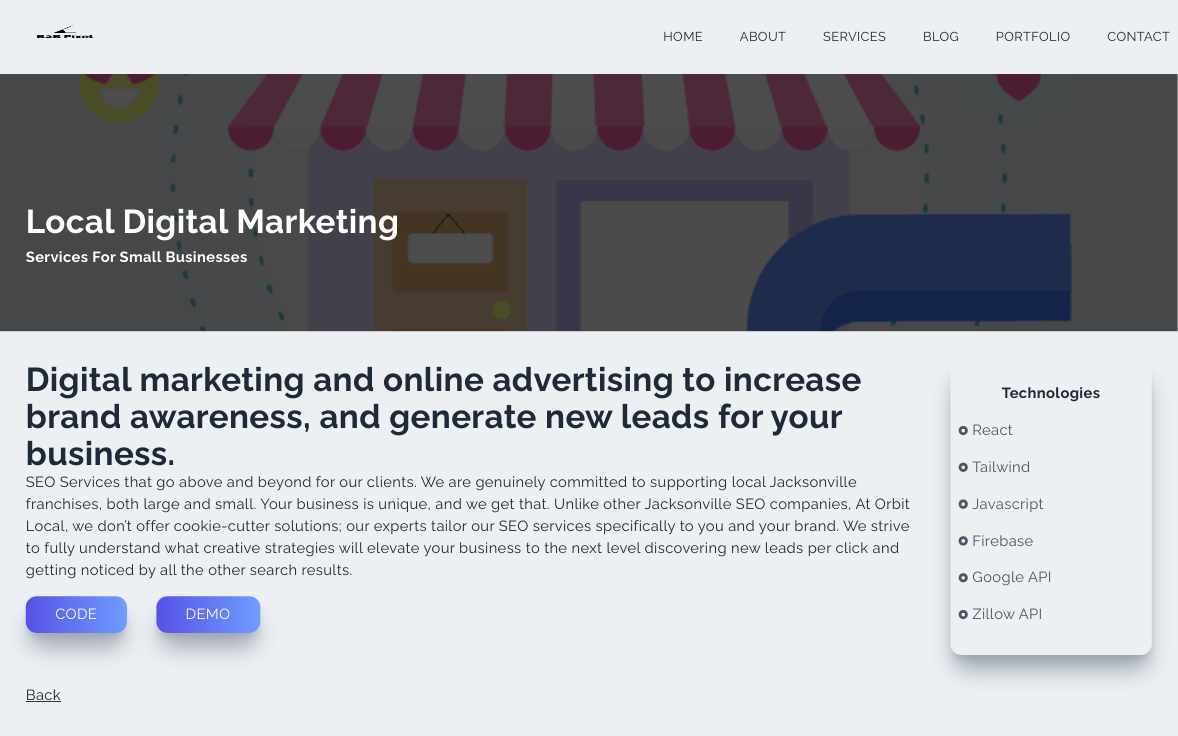
Repository: DID0101/nextjs.b2b
Page: /property
The author's editor kept a copy of each file at every save. The page is drawn from the files as they stood at one save, then again after the next save.
The browser window is 1280 px wide. The pictures show the whole page, at 92% of full size.
The project was rebuilt for these pictures with package versions that can differ from the ones it lists, and the page was loaded fresh each time. The framework's server and built-in components were replaced by stand-ins that run in the browser. Also part of the build but not shown: next.config.js.

Above is the page before, as saved 2024-01-22 00:42:40.

### pages/property.jsx
import Image from 'next/image';
import React from 'react';
import propertyImg from '../public/assets/projects/property.jpg';
import { RiRadioButtonFill } from 'react-icons/ri';
import Link from 'next/link';

const property = () => {
  return (
    <div className='w-full'>
      <div className='w-screen h-[50vh] relative'>
        <div className='absolute top-0 left-0 w-full h-[50vh] bg-black/70 z-10' />
        <Image
          className='absolute z-1'
          layout='fill'
          objectFit='cover'
          src={propertyImg}
          alt='/'
        />
        <div className='absolute top-[70%] max-w-[1240px] w-full left-[50%] right-[50%] translate-x-[-50%] translate-y-[-50%] text-white z-10 p-2'>
          <h2 className='py-2'>Local Digital Marketing</h2>
          <h3>Services For Small Businesses</h3>
        </div>
      </div>

      <div className='max-w-[1240px] mx-auto p-2 grid md:grid-cols-5 gap-8 py-8'>
        <div className='col-span-4'>
          {/* <p>Project</p> */}
          <h2>Digital marketing and online advertising to increase brand awareness, and generate new leads for your  business.</h2>
          <p>
          SEO Services that go above and beyond for our clients. We are genuinely committed to supporting local Jacksonville franchises, both large and small. Your business is unique, and we get that. Unlike other Jacksonville SEO companies, At Orbit Local, we don’t offer cookie-cutter solutions; our experts tailor our SEO services specifically to you and your brand. We strive to fully understand what creative strategies will elevate your business to the next level discovering new leads per click and getting noticed by all the other search results.
          </p>
          <a
            href='https://github.com/fireclint/property-finder'
            target='_blank'
            rel='noreferrer'
          >
            <button className='px-8 py-2 mt-4 mr-8'>Code</button>
          </a>
          <a
            href='https://property-finder-development.web.app/'
            target='_blank'
            rel='noreferrer'
          >
            <button className='px-8 py-2 mt-4'>Demo</button>
          </a>
        </div>
        <div className='col-span-4 md:col-span-1 shadow-xl shadow-gray-400 rounded-xl py-4'>
          <div className='p-2'>
            <p className='text-center font-bold pb-2'>Technologies</p>
            <div className='grid grid-cols-3 md:grid-cols-1'>
              <p className='text-gray-600 py-2 flex items-center'>
                <RiRadioButtonFill className='pr-1' /> React
              </p>
              <p className='text-gray-600 py-2 flex items-center'>
                <RiRadioButtonFill className='pr-1' /> Tailwind
              </p>
              <p className='text-gray-600 py-2 flex items-center'>
                <RiRadioButtonFill className='pr-1' /> Javascript
              </p>
              <p className='text-gray-600 py-2 flex items-center'>
                <RiRadioButtonFill className='pr-1' /> Firebase
              </p>
              <p className='text-gray-600 py-2 flex items-center'>
                <RiRadioButtonFill className='pr-1' /> Google API
              </p>
              <p className='text-gray-600 py-2 flex items-center'>
                <RiRadioButtonFill className='pr-1' /> Zillow API
              </p>
            </div>
          </div>
        </div>
        <Link href='/#projects'>
          <p className='underline cursor-pointer'>Back</p>
        </Link>
      </div>
    </div>
  );
};

export default property;

### components/Navbar.jsx
import Image from 'next/image';
import Link from 'next/link';
import React, { useState, useEffect } from 'react';
import { AiOutlineClose, AiOutlineMail, AiOutlineMenu } from 'react-icons/ai';
import { FaGithub, FaLinkedinIn } from 'react-icons/fa';
import { BsFillPersonLinesFill } from 'react-icons/bs';
// import { useRouter } from 'next/router';
import NavLogo from '../public/assets/navLogo.png'

const Navbar = () => {
  const [nav, setNav] = useState(false);
  const [shadow, setShadow] = useState(false);
  const [navBg, setNavBg] = useState('#ecf0f3');
  const [linkColor, setLinkColor] = useState('#1f2937');
  // const [position, setPosition] = useState('fixed')
  // const router = useRouter();

  // useEffect(() => {
  //   if (
  //     router.asPath === '/property' ||
  //     router.asPath === '/crypto' ||
  //     router.asPath === '/netflix' ||
  //     router.asPath === '/twitch'
  //   ) {
  //     setNavBg('transparent');
  //     setLinkColor('#ecf0f3');
  //   } else {
  //     setNavBg('#ecf0f3');
  //     setLinkColor('#1f2937');
  //   }
  // }, [router]);

  const handleNav = () => {
    setNav(!nav);
  };

  useEffect(() => {
    const handleShadow = () => {
      if (window.scrollY >= 90) {
        setShadow(true);
      } else {
        setShadow(false);
      }
    };
    window.addEventListener('scroll', handleShadow);
  }, []);

  return (
    <div
      style={{ backgroundColor: `${navBg}` }}
      className={
        shadow
          ? 'fixed w-full h-20 shadow-xl z-[100] ease-in-out duration-300'
          : 'fixed w-full h-20 z-[100]'
      }
    >
      <div className='flex justify-between items-center w-full h-full px-2 2xl:px-16'>
        <Link href='/'>
          <a>
            <Image
              src={NavLogo}
              alt='/'
              width='125'
              height='50'
              className='cursor-pointer'
            />
          </a>
        </Link>
        <div>
          <ul style={{ color: `${linkColor}` }} className='hidden md:flex'>
            <li className='ml-10 text-sm uppercase hover:border-b'>
              <Link href='/'>Home</Link>
            </li>
            <li className='ml-10 text-sm uppercase hover:border-b'>
              <Link href='/#about'>About</Link>
            </li>
            <li className='ml-10 text-sm uppercase hover:border-b'>
              <Link href='/#skills'>Services</Link>
            </li>
            <li className='ml-10 text-sm uppercase hover:border-b'>
              <Link href='/#projects'>Blog</Link>
            </li>
            <li className='ml-10 text-sm uppercase hover:border-b'>
              <Link href='/resume'>Portfolio</Link>
            </li>
            <li className='ml-10 text-sm uppercase hover:border-b'>
              <Link href='/#contact'>Contact</Link>
            </li>
          </ul>
          {/* Hamburger Icon */}
          <div
            style={{ color: `${linkColor}` }}
            onClick={handleNav}
            className='md:hidden'
          >
            <AiOutlineMenu size={25} />
          </div>
        </div>
      </div>

      {/* Mobile Menu */}
      {/* Overlay */}
      <div
        className={
          nav ? 'md:hidden fixed left-0 top-0 w-full h-screen bg-black/70' : ''
        }
      >
        {/* Side Drawer Menu */}
        <div
          className={
            nav
              ? ' fixed left-0 top-0 w-[75%] sm:w-[60%] md:w-[45%] h-screen bg-[#ecf0f3] p-10 ease-in duration-500'
              : 'fixed left-[-100%] top-0 p-10 ease-in duration-500'
          }
        >
          <div>
            <div className='flex w-full items-center justify-between'>
              <Link href='/'>
                <a>
                  <Image
                    src={NavLogo}
                    width='87'
                    height='35'
                    alt='/'
                  />
                </a>
              </Link>
              <div
                onClick={handleNav}
                className='rounded-full shadow-lg shadow-gray-400 p-3 cursor-pointer'
              >
                <AiOutlineClose />
              </div>
            </div>
            <div className='border-b border-gray-300 my-4'>
              <p className='w-[85%] md:w-[90%] py-4'>
                Let&#39;s build something legendary together
              </p>
            </div>
          </div>
          <div className='py-4 flex flex-col'>
            <ul className='uppercase'>
              <Link href='/'>
                <li onClick={() => setNav(false)} className='py-4 text-sm'>
                  Home
                </li>
              </Link>
              <Link href='/#about'>
                <li onClick={() => setNav(false)} className='py-4 text-sm'>
                  About
                </li>
              </Link>
              <Link href='/#skills'>
                <li onClick={() => setNav(false)} className='py-4 text-sm'>
                  Skills
                </li>
              </Link>
              <Link href='/#projects'>
                <li onClick={() => setNav(false)} className='py-4 text-sm'>
                  Projects
                </li>
              </Link>
              <Link href='/resume'>
                <li onClick={() => setNav(false)} className='py-4 text-sm'>
                  Resume
                </li>
              </Link>
              <Link href='/#contact'>
                <li onClick={() => setNav(false)} className='py-4 text-sm text-[#ac4d5a]'>
                  Save My Spot
                </li>
              </Link>
            </ul>
            <div className='pt-40'>
              <p className='uppercase tracking-widest text-[#5651e5]'>
                Let&#39;s Connect
              </p>
              <div className='flex items-center justify-between my-4 w-full sm:w-[80%]'>
                <a
                  href='https://www.linkedin.com/in/clint-briley-50056920a/'
                  target='_blank'
                  rel='noreferrer'
                >
                  <div className='rounded-full shadow-lg shadow-gray-400 p-3 cursor-pointer hover:scale-105 ease-in duration-300'>
                    <FaLinkedinIn />
                  </div>
                </a>
                <a
                  href='https://github.com/fireclint'
                  target='_blank'
                  rel='noreferrer'
                >
                  <div className='rounded-full shadow-lg shadow-gray-400 p-3 cursor-pointer hover:scale-105 ease-in duration-300'>
                    <FaGithub />
                  </div>
                </a>
                <Link href='/#contact'>
                  <div
                    onClick={() => setNav(!nav)}
                    className='rounded-full shadow-lg shadow-gray-400 p-3 cursor-pointer hover:scale-105 ease-in duration-300'
                  >
                    <AiOutlineMail />
                  </div>
                </Link>
                <Link href='/resume'>
                  <div
                    onClick={() => setNav(!nav)}
                    className='rounded-full shadow-lg shadow-gray-400 p-3 cursor-pointer hover:scale-105 ease-in duration-300'
                  >
                    <BsFillPersonLinesFill />
                  </div>
                </Link>
              </div>
            </div>
          </div>
        </div>
      </div>
    </div>
  );
};

export default Navbar;

Loaded but not shown: pages/_app.js (common file); pages/_document.js (common file); styles/globals.css (common file); tailwind.config.js (common file)

After the next save:
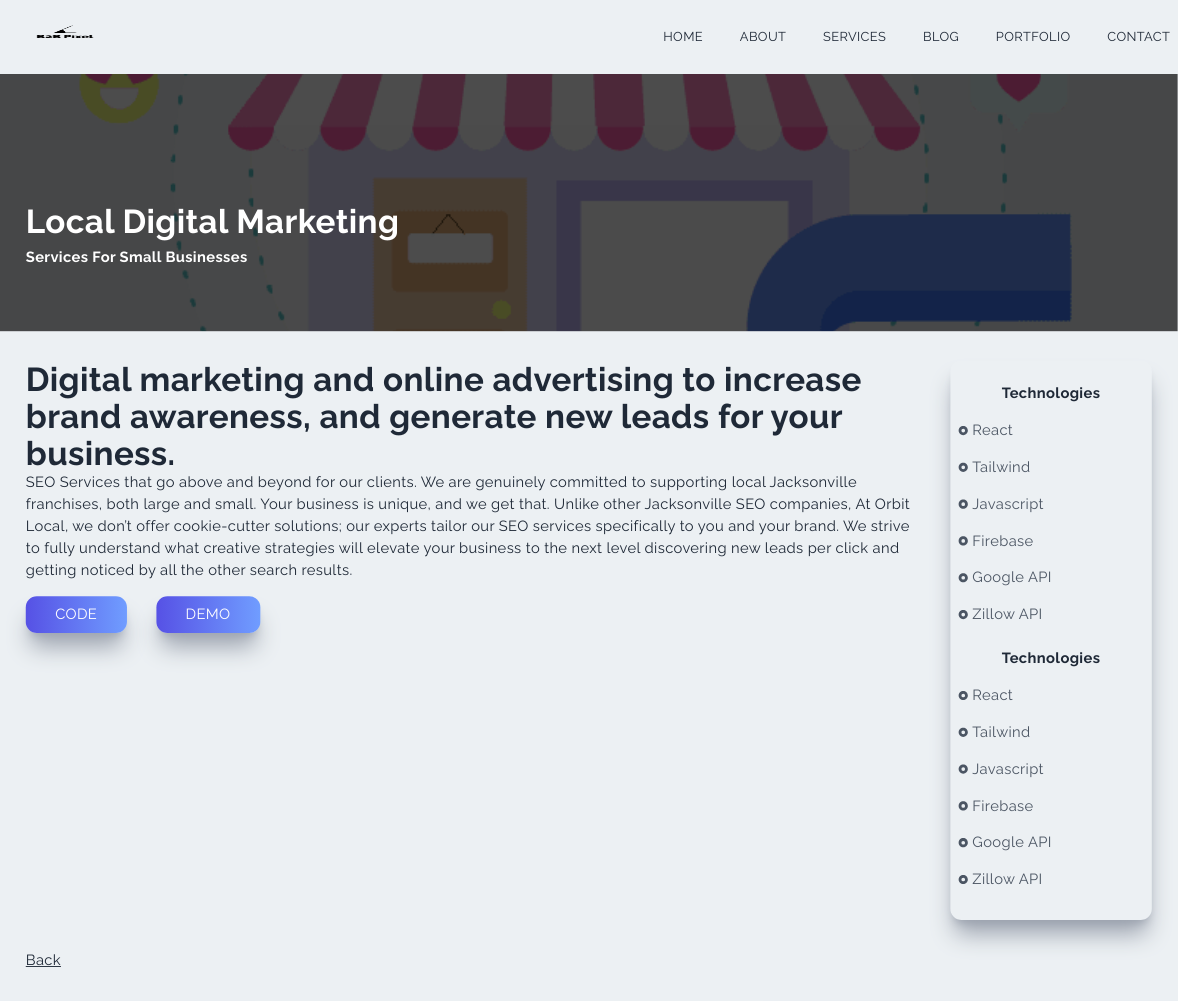
Saved 87 s later.
--- a/pages/property.jsx
+++ b/pages/property.jsx
@@ -68,7 +68,32 @@
               </p>
             </div>
           </div>
+          <div className='p-2'>
+            <p className='text-center font-bold pb-2'>Technologies</p>
+            <div className='grid grid-cols-3 md:grid-cols-1'>
+              <p className='text-gray-600 py-2 flex items-center'>
+                <RiRadioButtonFill className='pr-1' /> React
+              </p>
+              <p className='text-gray-600 py-2 flex items-center'>
+                <RiRadioButtonFill className='pr-1' /> Tailwind
+              </p>
+              <p className='text-gray-600 py-2 flex items-center'>
+                <RiRadioButtonFill className='pr-1' /> Javascript
+              </p>
+              <p className='text-gray-600 py-2 flex items-center'>
+                <RiRadioButtonFill className='pr-1' /> Firebase
+              </p>
+              <p className='text-gray-600 py-2 flex items-center'>
+                <RiRadioButtonFill className='pr-1' /> Google API
+              </p>
+              <p className='text-gray-600 py-2 flex items-center'>
+                <RiRadioButtonFill className='pr-1' /> Zillow API
+              </p>
+            </div>
+          </div>
+
         </div>
+
         <Link href='/#projects'>
           <p className='underline cursor-pointer'>Back</p>
         </Link>
